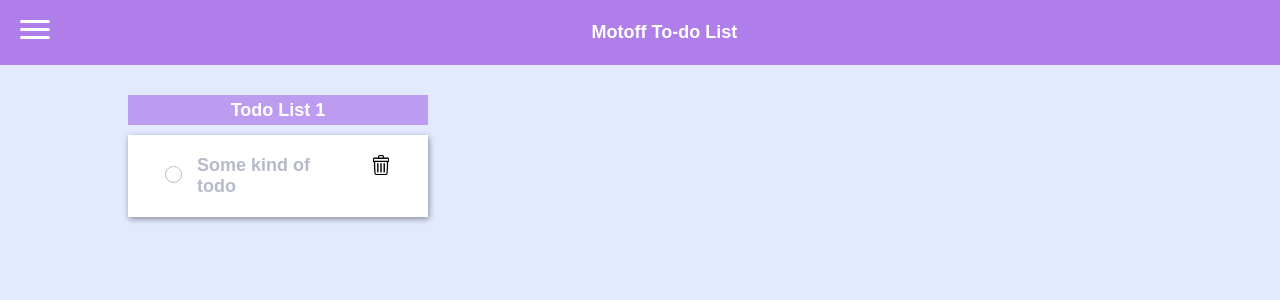
Repository: Amad-Mlinka/Todo-List-Vanilla-JS
Page: index.html
An editor plug-in stored every save of this project. The page is shown before and after the next save, followed by the edit.
The browser window is 1280 px wide. The pictures show the whole page.
The page's requests for data from a server got no answer.

Above is the page before, as saved 2021-09-15 01:17:18.

After the next save:
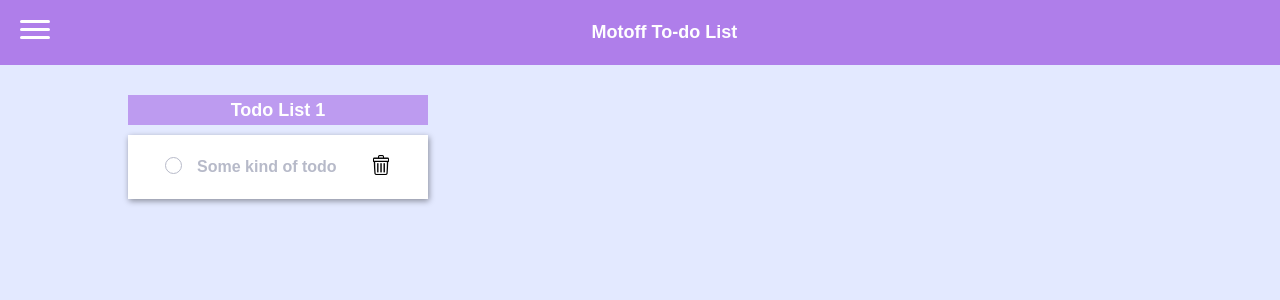
Saved 51 s later.
--- a/styles/style.css
+++ b/styles/style.css
@@ -75,7 +75,7 @@ body {
 }
 .todoDescription {
   font-family: sans-serif;
-  font-size: 18px;
+  font-size: 16px;
   font-weight: bolder;
   color: #b7bac9;
 }
